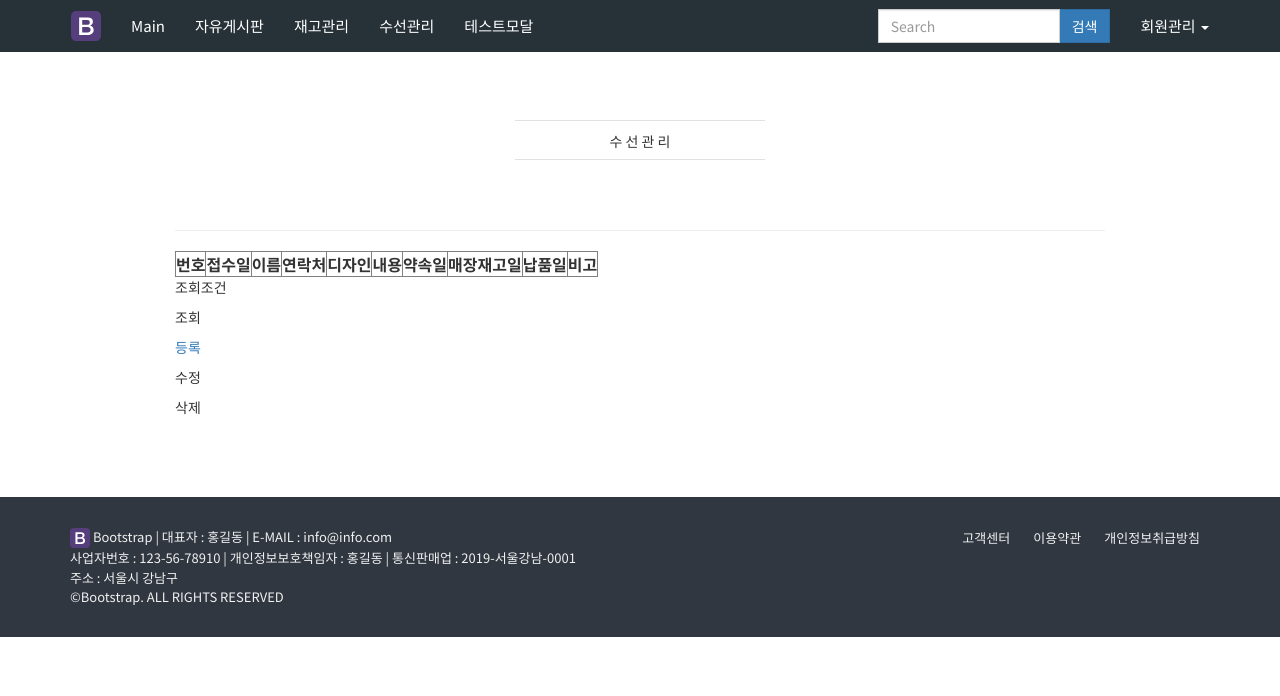
Repository: RattenLegs/Project_Inventory
Page: http://localhost/Project_Inventory/WEB-INF/views/repairboard/repairList.jsp
The author's editor kept a copy of each file at every save. The page is drawn from the files as they stood at one save, then again after the next save.
The browser window is 1280 px wide. The pictures show the whole page.
Some web libraries are served in a nearby version. The page is served by Tomcat 9. Nobody is signed in. The template is opened directly, without the code that normally fills it, so the values that code supplies are empty.

Above is the page before, as saved 2023-02-10 10:14:23.

After the next save:
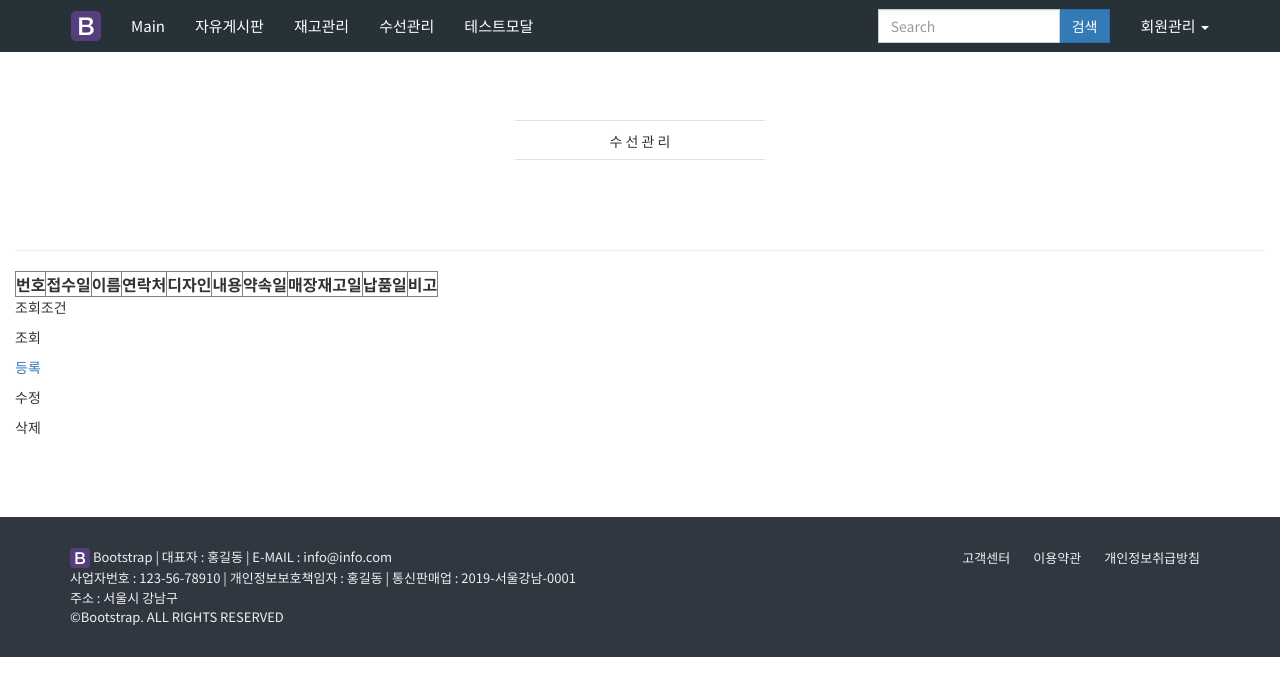
Saved 12 s later.
--- a/Project_Inventory/src/main/webapp/WEB-INF/views/repairboard/repairList.jsp
+++ b/Project_Inventory/src/main/webapp/WEB-INF/views/repairboard/repairList.jsp
@@ -20,6 +20,8 @@
 					<div class="titlebox">
 						<p>수 선 관 리</p>
 					</div>
+				</div>
+			</div>
 					<hr>
 		<div style="text-align: center">
 			<!-- 			<p>수선용 테이블이 등장할 예정</p>
